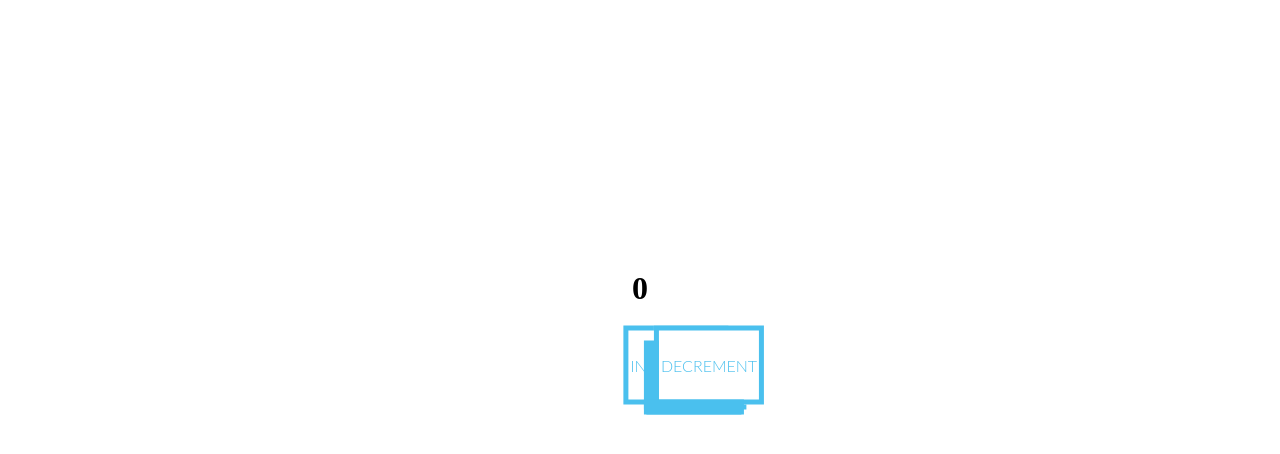
Repository: Ellisvelandia/react_introduction_test
Page: /
An editor plug-in stored every save of this project. The page is shown before and after the next save, followed by the edit.
The browser window is 1280 px wide. The pictures show the whole page.
The project was rebuilt for these pictures with package versions that can differ from the ones it lists, and the page was loaded fresh each time. Also part of the build but not shown: src/index.css.

Above is the page before, as saved 2022-08-15 20:16:52.

After the next save:
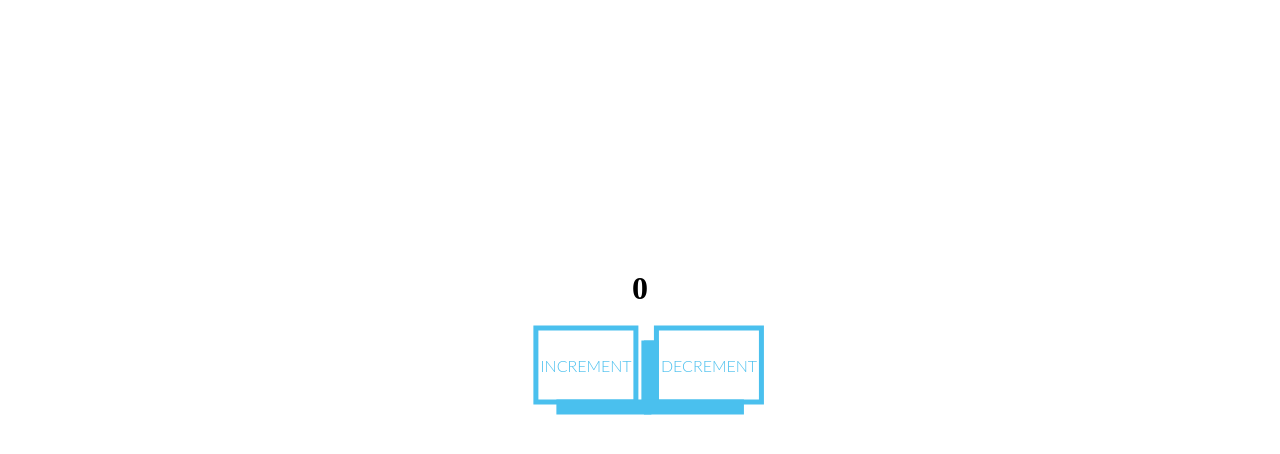
Saved 7 s later.
--- a/src/App.scss
+++ b/src/App.scss
@@ -32,7 +32,7 @@ button {
 }
 
 .button_I {
-  margin-left: 100px;
+  margin-left: 10px;
 }
 
 .button_I {
